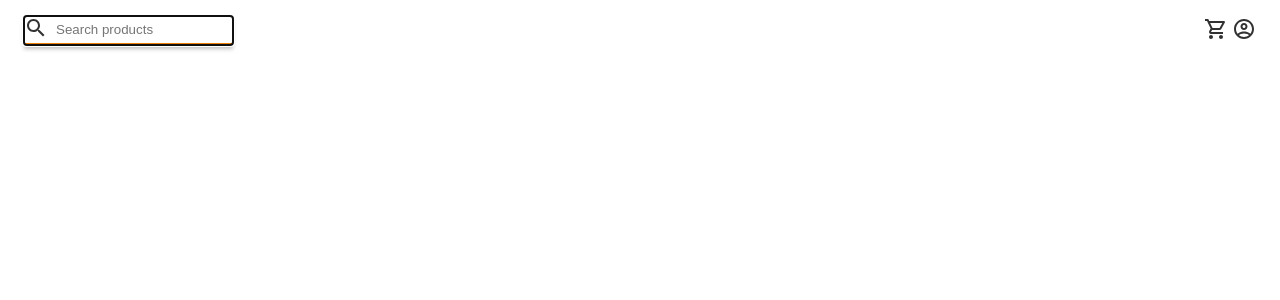
Repository: Kirillishko/homeworks
Page: src/index.html
The author's editor kept a copy of each file at every save. The page is drawn from the files as they stood at one save, then again after the next save.
The browser window is 1280 px wide. The pictures show the whole page.
The first visible `.search-form` has the focus.

Above is the page before, as saved 2023-12-29 23:41:13.

### src/index.html
<!DOCTYPE html>
<html lang="en">
	<head>
		<meta charset="UTF-8" />
		<meta name="viewport" content="width=device-width, initial-scale=1.0" />
		<link rel="stylesheet" href="globals.css" />
		<link rel="stylesheet" href="header.css" />
		<link rel="stylesheet" href="main.css" />
		<title>Главная</title>
	</head>
	<body>
		<header class="header">
			<div class="search-form">
				<button>
					<svg width="24px" height="24px" viewBox="0 0 24 24">
						<g clip-path="url(#clip0_2903_338)">
							<path
								d="M15.5 14H14.71L14.43 13.73C15.41 12.59 16 11.11 16 9.5C16 5.91 13.09 3 9.5 3C5.91 3 3 5.91 3 9.5C3 13.09 5.91 16 9.5 16C11.11 16 12.59 15.41 13.73 14.43L14 14.71V15.5L19 20.49L20.49 19L15.5 14ZM9.5 14C7.01 14 5 11.99 5 9.5C5 7.01 7.01 5 9.5 5C11.99 5 14 7.01 14 9.5C14 11.99 11.99 14 9.5 14Z"
								fill="#323232" />
						</g>
					</svg>
				</button>
				<input type="search" placeholder="Search products" />
			</div>
			<nav>
				<a href="#"><img src="/public/icons/shopping_cart.svg" /></a>
				<a href="#"><img src="/public/icons/account_circle.svg" /></a>
			</nav>
		</header>
	</body>
</html>

### src/globals.css
:root {
	--background-color: #fff;
	--content-horizontal-margin: 24px;
}

/* prettier-ignore */
*, *::before, *::after {
    margin: 0;
    padding: 0;
    border: 0;
    box-sizing: border-box;
}

button {
	background-color: transparent;
}

### src/header.css
.header {
	margin: 16px var(--content-horizontal-margin);
	margin-bottom: 0;
	display: flex;
	align-items: center;
	justify-content: space-between;
}

.search-form {
	display: flex;
	gap: 8px;
	background-color: var(--background-color);
}

.search-form:focus-within {
	border-bottom: 2px solid #e97f03;
	box-shadow: 0px 4px 4px 0px rgba(0, 0, 0, 0.25);
}

Loaded but not shown: src/main.css (no stored copy; drawn as an empty file)

After the next save:
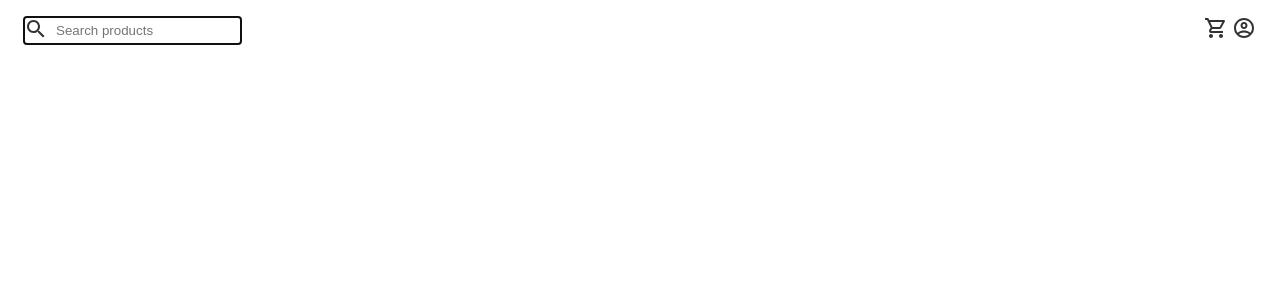
Saved 5 min 6 s later.
--- a/src/header.css
+++ b/src/header.css
@@ -12,7 +12,8 @@
 	background-color: var(--background-color);
 }
 
-.search-form:focus-within {
+.search-form:focus-within::after {
+	content: '';
 	border-bottom: 2px solid #e97f03;
 	box-shadow: 0px 4px 4px 0px rgba(0, 0, 0, 0.25);
 }
